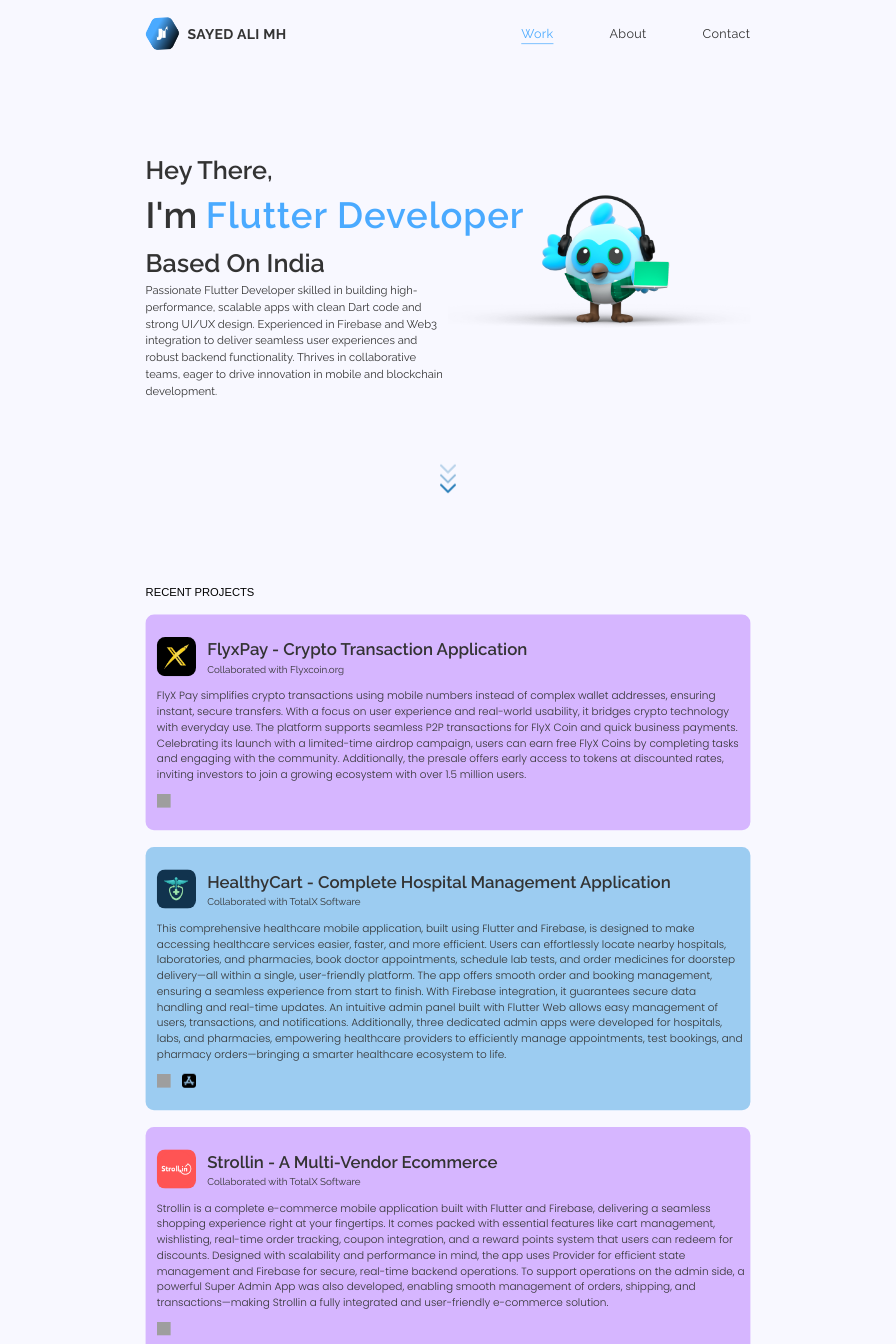
Repository: sayedali-2129/sayedali-portfolio
Page: /
An editor plug-in stored every save of this project. The page is shown before and after the next save, followed by the edit.
The browser window is 1280 px wide. The pictures show the part of the page from y = 0 to 1920 px (the page is 3045 px tall), at 70% of full size.
Pictures or frames that could not be fetched are drawn as grey boxes. The project was rebuilt for these pictures with package versions that can differ from the ones it lists, and the page was loaded fresh each time. The framework's server and built-in components were replaced by stand-ins that run in the browser. Also part of the build but not shown: next.config.ts.

Above is the page before, as saved 2025-05-20 11:38:12.

After the next save:
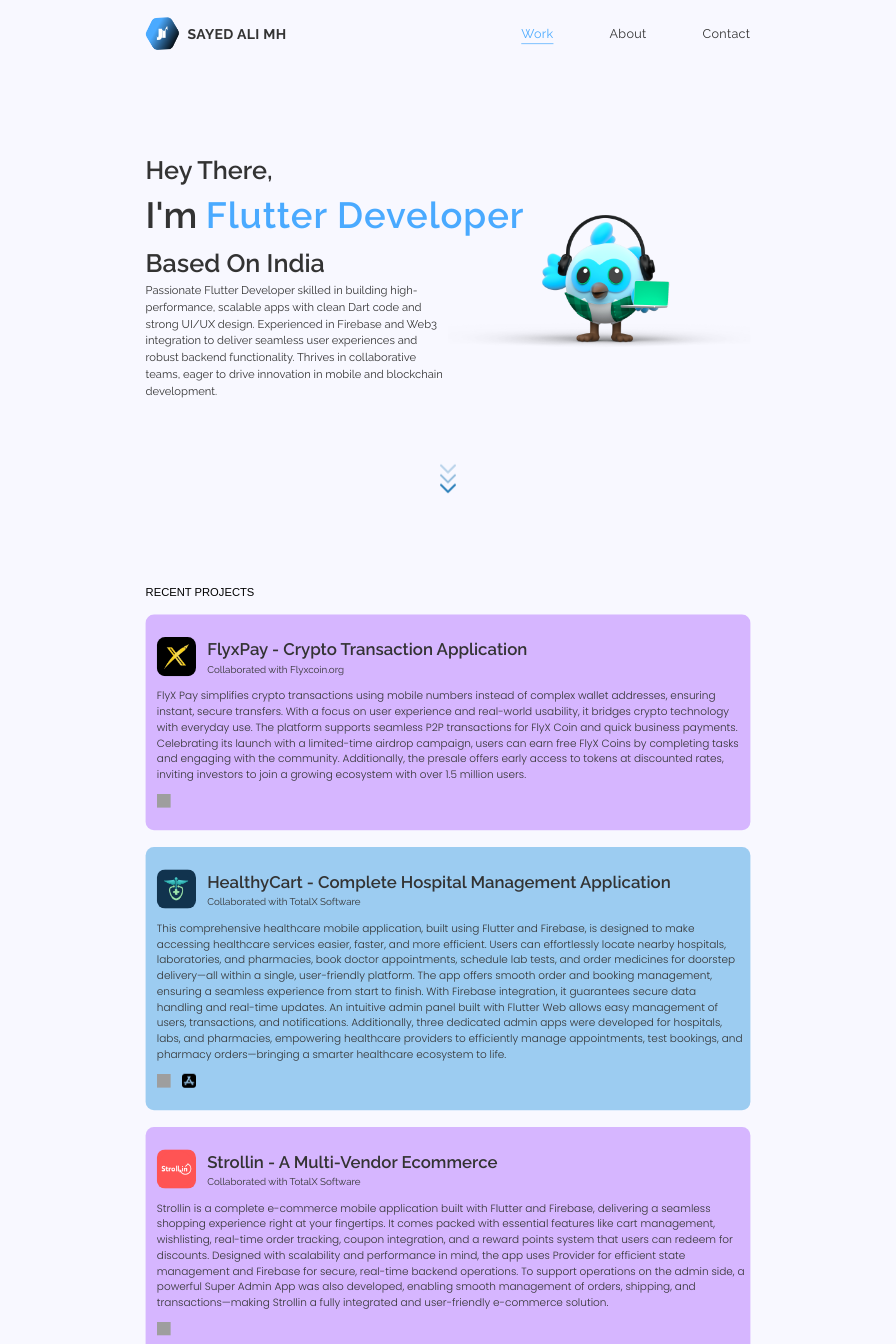
Saved 10 s later.
--- a/src/features/home/components/ProfileBody.tsx
+++ b/src/features/home/components/ProfileBody.tsx
@@ -44,7 +44,7 @@
             blockchain development.
           </p>
         </div>
-        <div className="md:w-1/2 order-1 md:order-2 md:h-[530px] h-72 md:pb-20 pb-20 pt-6 justify-center items-center">
+        <div className="md:w-1/2 order-1 md:order-2 md:h-[530px] h-72 md:pb-20 pb-20 pt-20 justify-center items-center">
           <Image
             src={FlutterImg}
             alt="Flutter Developer"

After the save that followed:
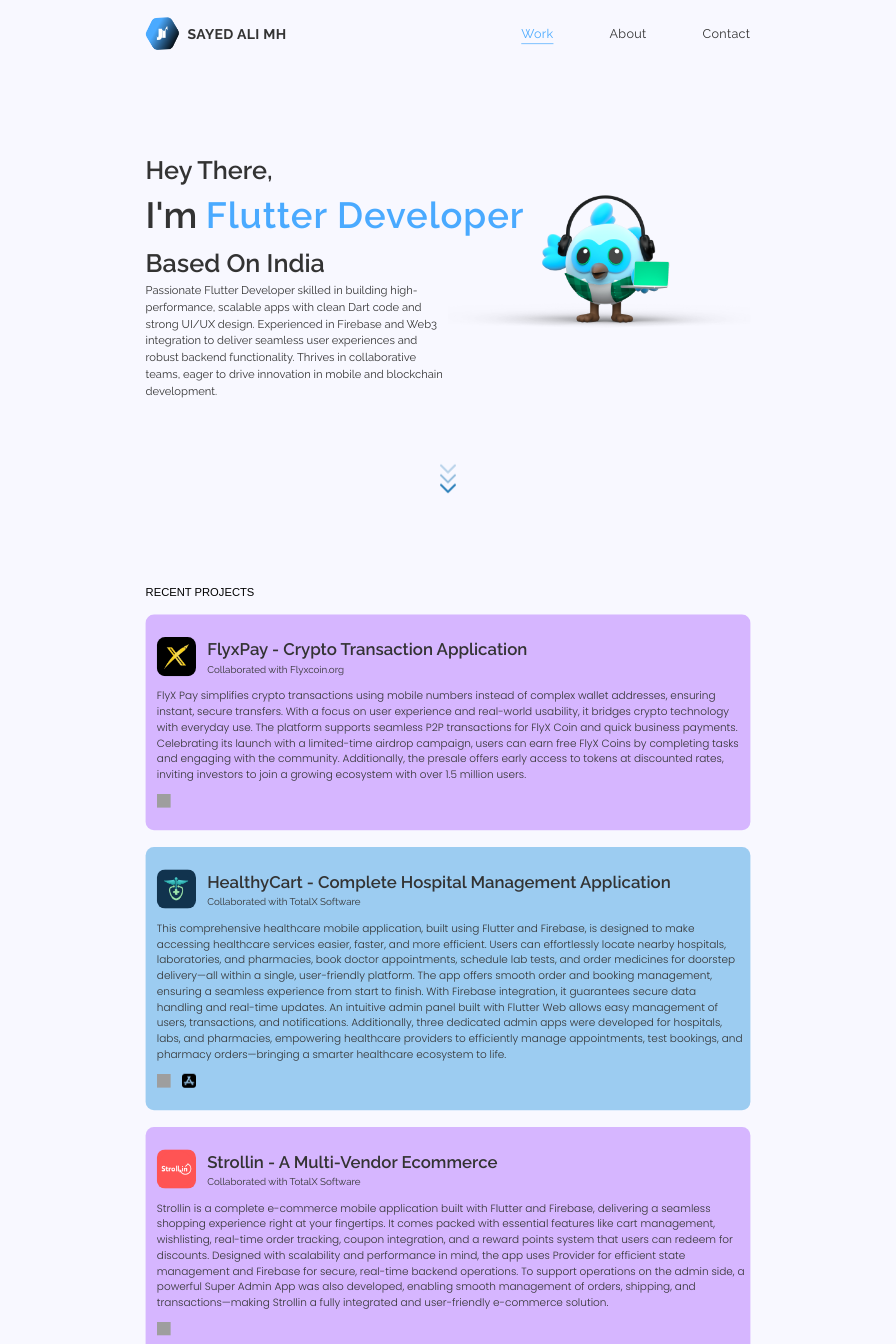
Saved 37 s later.
--- a/src/features/home/components/ProfileBody.tsx
+++ b/src/features/home/components/ProfileBody.tsx
@@ -44,7 +44,7 @@
             blockchain development.
           </p>
         </div>
-        <div className="md:w-1/2 order-1 md:order-2 md:h-[530px] h-72 md:pb-20 pb-20 pt-20 justify-center items-center">
+        <div className="md:w-1/2 order-1 md:order-2 md:h-[530px] h-72 md:pb-20 pb-20 pt-6 justify-center items-center">
           <Image
             src={FlutterImg}
             alt="Flutter Developer"
